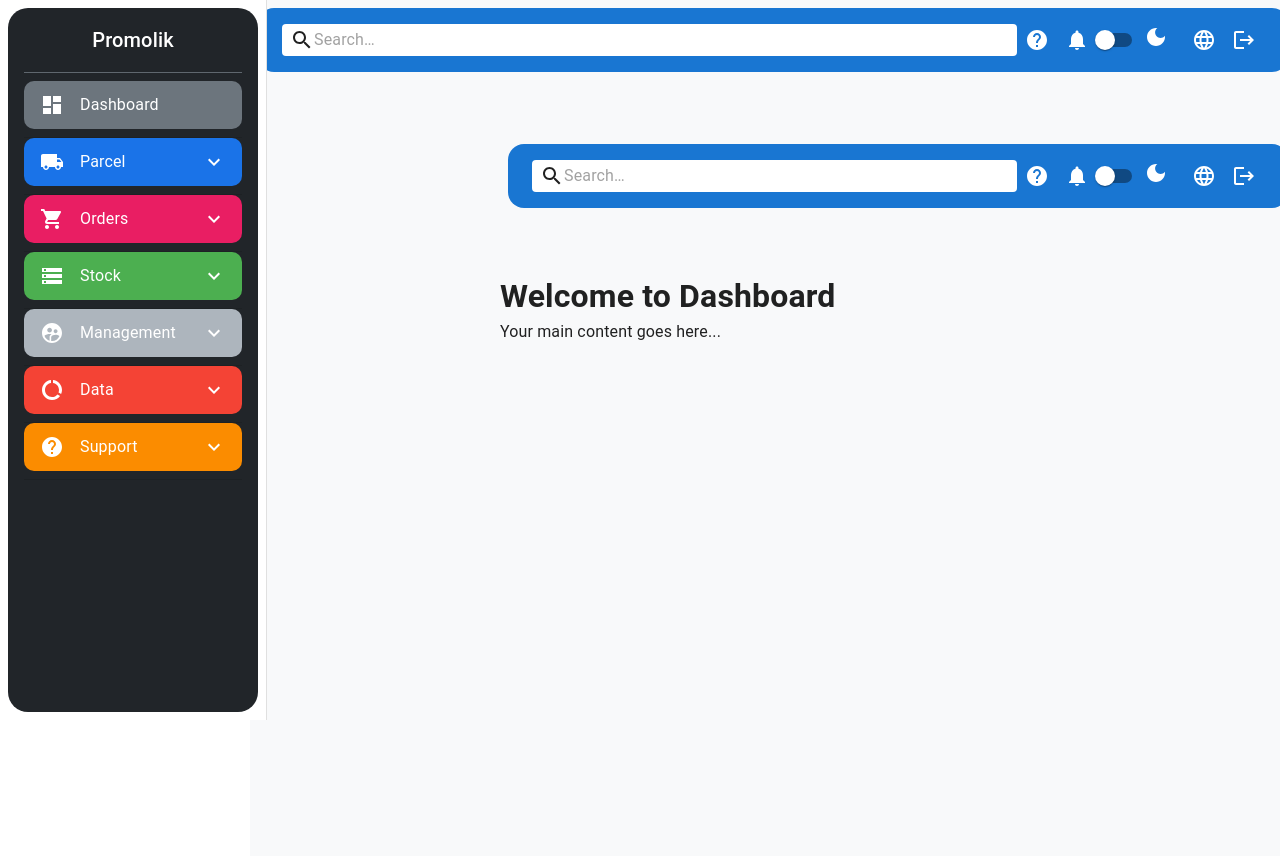
Repository: yosrjdly/stk
Page: /dashboard (app in dashboard/)
These files come from the project's save history. The page is drawn as it stood at one moment and after a run of saves; the edit follows.
The browser window is 1280 px wide. The pictures show the whole page.
The project was rebuilt for these pictures with package versions that can differ from the ones it lists, and the page was loaded fresh each time. The framework's server and built-in components were replaced by stand-ins that run in the browser. Also part of the build but not shown: dashboard/next.config.ts.

Above is the page before, as saved 2025-02-14 17:05:08.

After the next 9 saves:
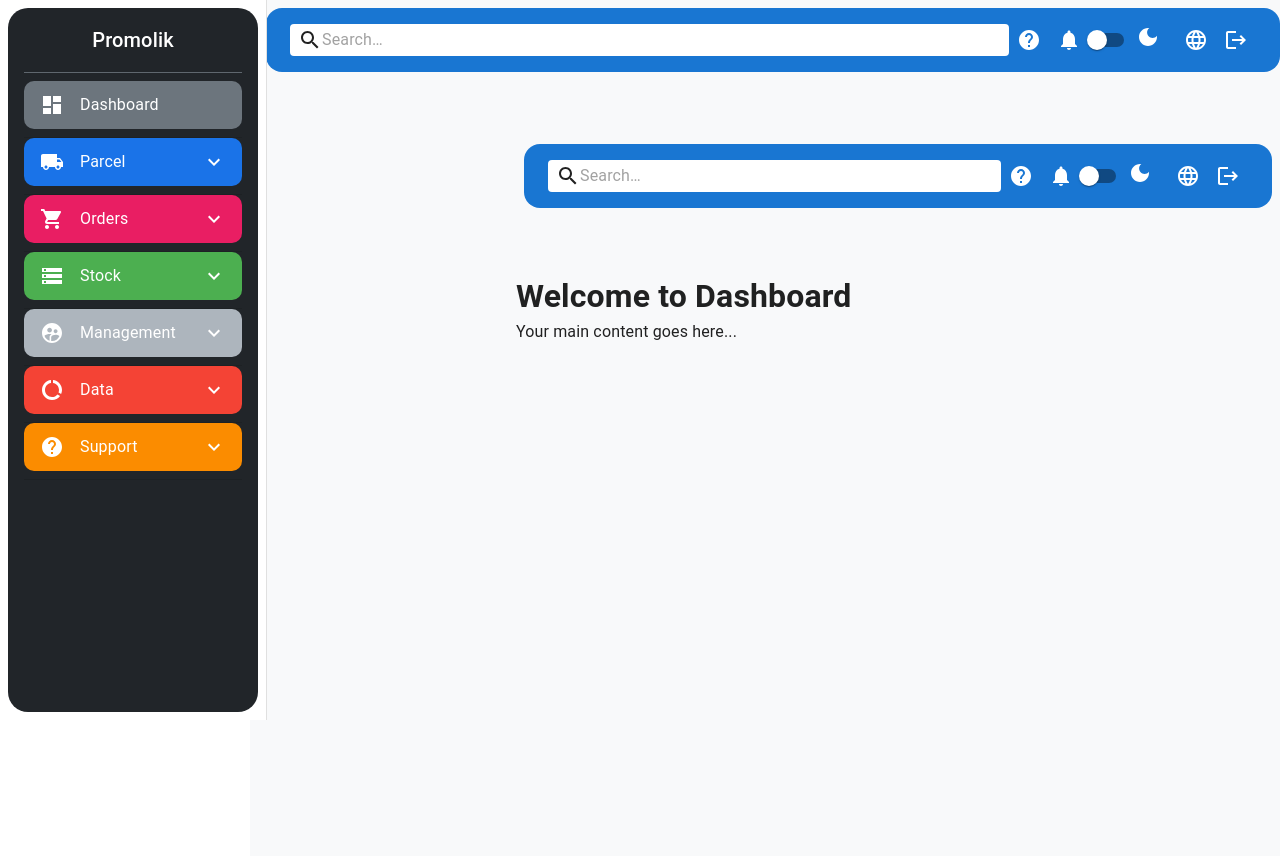
The 9 saves are shown as one change because 1 did not build or start and some came seconds apart.
The last was saved 37 s later.
--- a/dashboard/src/app/dashboard/Layout.tsx
+++ b/dashboard/src/app/dashboard/Layout.tsx
@@ -23,6 +23,9 @@ export default function Layout({ children }: LayoutProps) {
         sx={{
           flexGrow: 1,
           pt:0,
+          pl:1,
+          pr:1,
+
           width: `calc(100% - 250px)`, // Adjusting main content width to fit sidebar
           backgroundColor: "#f8f9fa",
           minHeight: "100vh",
